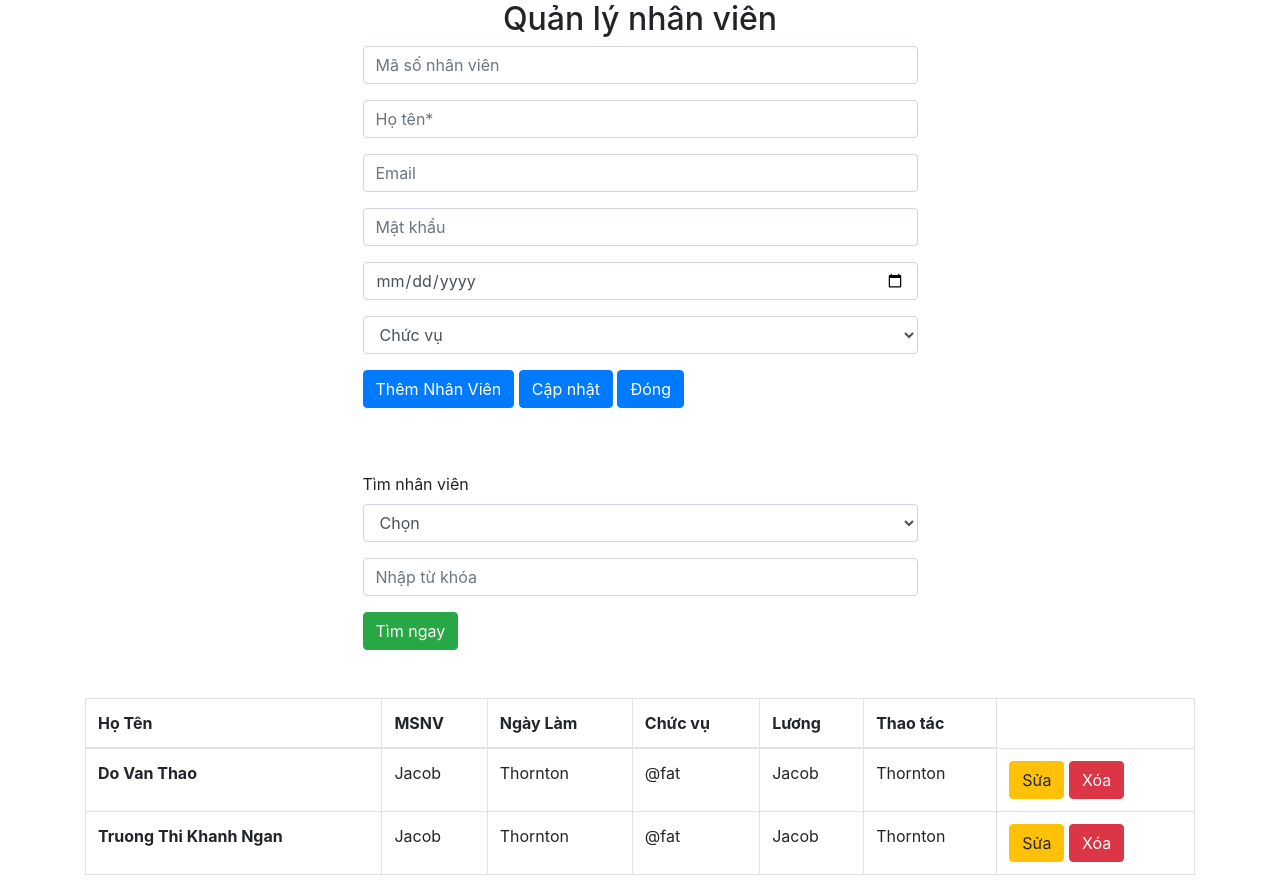
Repository: dovanthao2404/quanlynhanvien
Page: index.html
The author's editor kept a copy of each file at every save. The page is drawn from the files as they stood at one save, then again after the next save.
The browser window is 1280 px wide. The pictures show the whole page.

Above is the page before, as saved 2021-06-30 00:56:28.

After the next save:
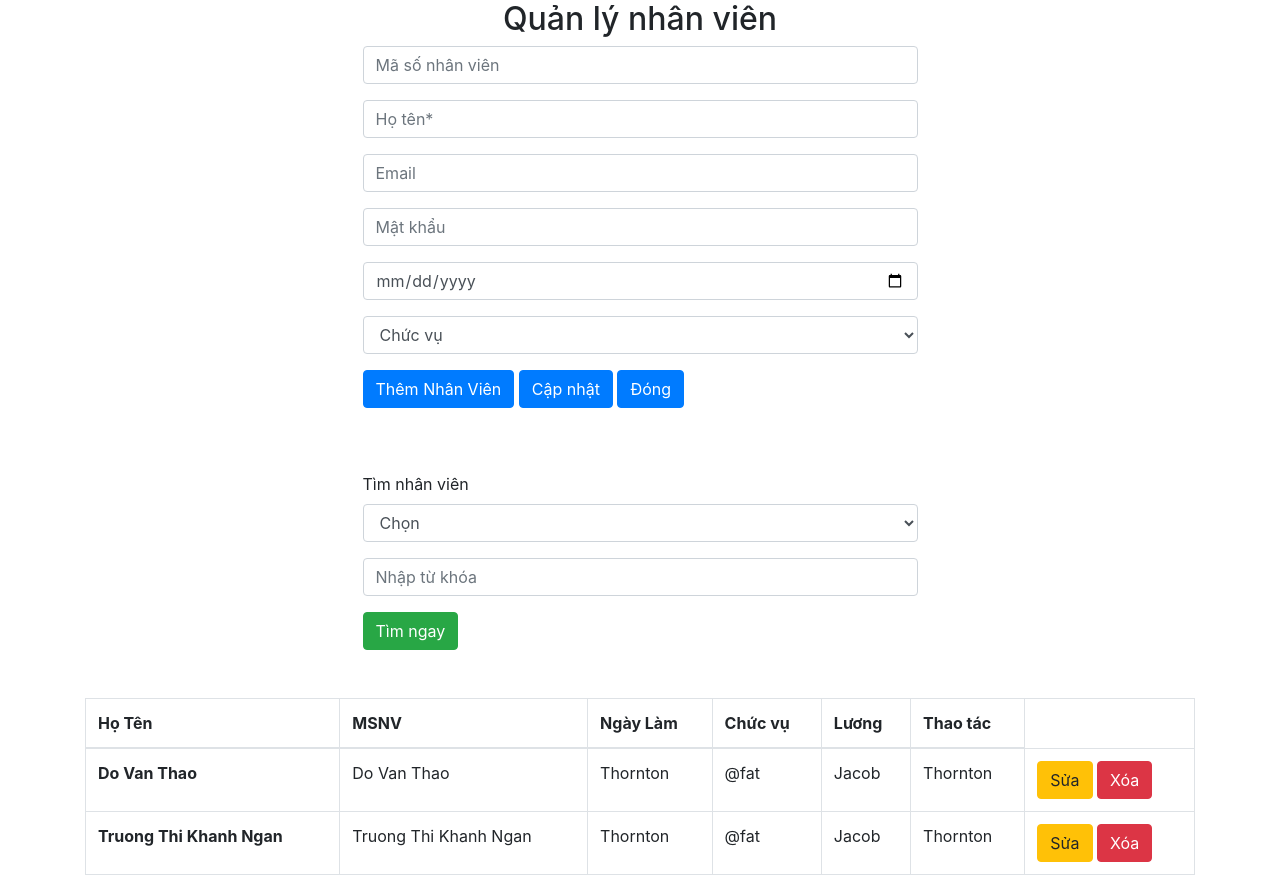
Saved 5 s later.
--- a/js/main.js
+++ b/js/main.js
@@ -69,7 +69,7 @@ function HienThiDanhSach(dsnv) {
   for (let i = 0; i < soNV; i++) {
     htmls += `<tr>
           <th scope="row">${dsnv[i].hoTen}</th>
-          <td>Jacob</td>
+          <td>${dsnv[i].hoTen}</td>
           <td>Thornton</td>
           <td>@fat</td>
           <td>Jacob</td>
